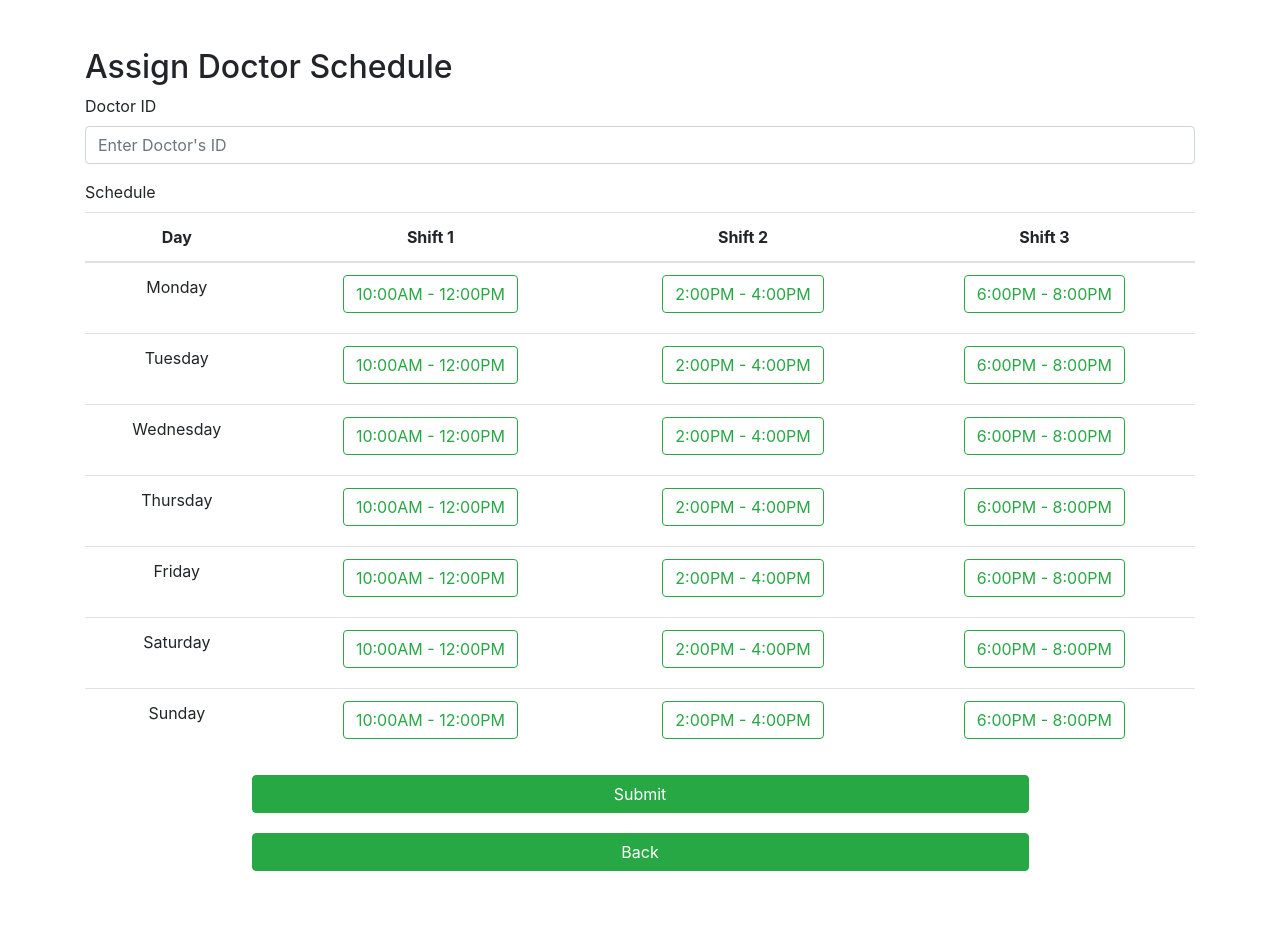
Repository: theonlymono/FitfinityHealthcareWebsiteJ2EE
Page: http://localhost/Fitfinity/DrSchedule.jsp
The author's editor kept a copy of each file at every save. The page is drawn from the files as they stood at one save, then again after the next save.
The browser window is 1280 px wide. The pictures show the whole page.
Some web libraries are served in a nearby version. The page is served by Tomcat 9.

Above is the page before, as saved 2024-02-27 19:30:29.

After the next save:
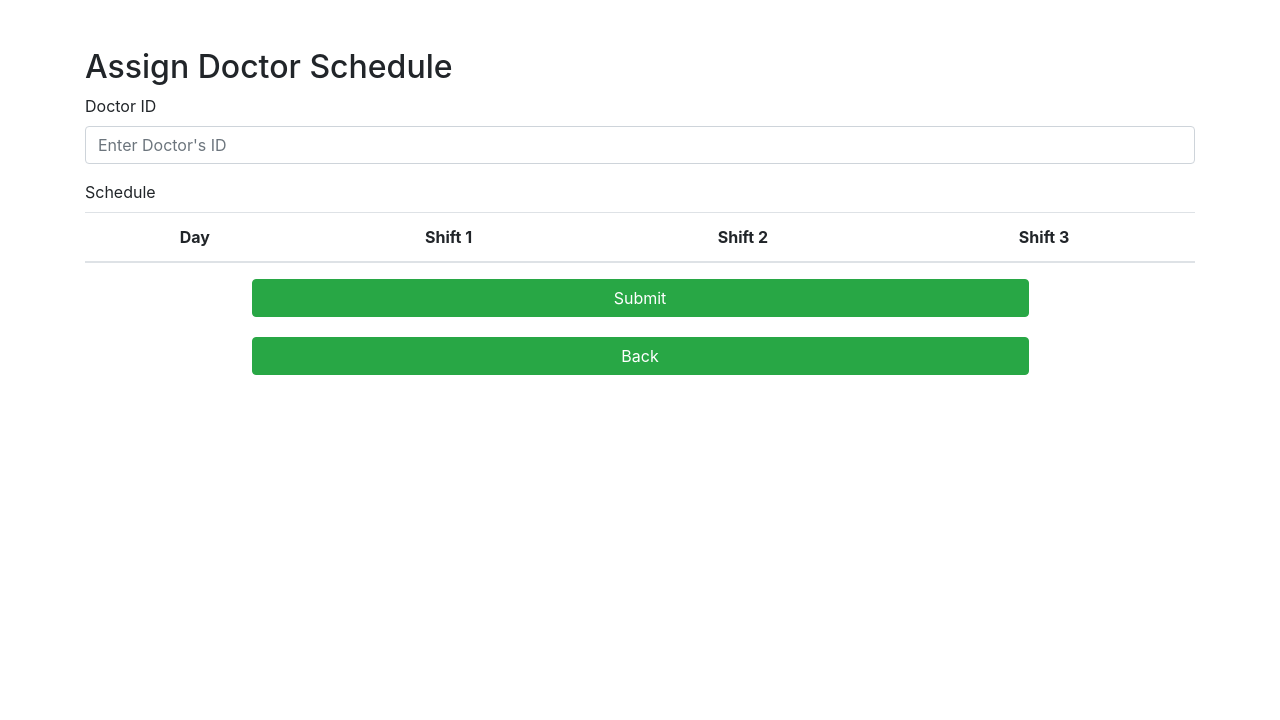
Saved 17 s later.
--- a/fitfinity/Fitfinity/WebContent/DrSchedule.jsp
+++ b/fitfinity/Fitfinity/WebContent/DrSchedule.jsp
@@ -65,117 +65,7 @@
             </tr>
           </thead>
           <tbody>
-            <tr>
-              <td>Monday</td>
-              <td>
-                <input type="checkbox" id="mondayShift1" class="shift-btn" name="shift" value="Monday,10:00AM - 12:00PM">
-                <label for="mondayShift1" class="btn btn-outline-success shift-btn-label">10:00AM - 12:00PM</label>
-              </td>
-              <td>
-                <input type="checkbox" id="mondayShift2" class="shift-btn" name="shift" value="Monday,2:00PM - 4:00PM">
-                <label for="mondayShift2" class="btn btn-outline-success shift-btn-label">2:00PM - 4:00PM</label>
-              </td>
-              <td>
-                <input type="checkbox" id="mondayShift3" class="shift-btn" name="shift" value="Monday,6:00PM - 8:00PM">
-                <label for="mondayShift3" class="btn btn-outline-success shift-btn-label">6:00PM - 8:00PM</label>
-              </td>
-            </tr>
-            <!-- Tuesday -->
-            <tr>
-              <td>Tuesday</td>
-              <td>
-                <input type="checkbox" id="tuesdayShift1" class="shift-btn" name="shift" value="Tuesday,10:00AM - 12:00PM">
-                <label for="tuesdayShift1" class="btn btn-outline-success shift-btn-label">10:00AM - 12:00PM</label>
-              </td>
-              <td>
-                <input type="checkbox" id="tuesdayShift2" class="shift-btn" name="shift" value="Tuesday,2:00PM - 4:00PM">
-                <label for="tuesdayShift2" class="btn btn-outline-success shift-btn-label">2:00PM - 4:00PM</label>
-              </td>
-              <td>
-                <input type="checkbox" id="tuesdayShift3" class="shift-btn" name="shift" value="Tuesday,6:00PM - 8:00PM">
-                <label for="tuesdayShift3" class="btn btn-outline-success shift-btn-label">6:00PM - 8:00PM</label>
-              </td>
-            </tr>
-            <!-- Wednesday -->
-            <tr>
-              <td>Wednesday</td>
-              <td>
-                <input type="checkbox" id="wednesdayShift1" class="shift-btn" name="shift" value="Wednesday,10:00AM - 12:00PM">
-                <label for="wednesdayShift1" class="btn btn-outline-success shift-btn-label">10:00AM - 12:00PM</label>
-              </td>
-              <td>
-                <input type="checkbox" id="wednesdayShift2" class="shift-btn" name="shift" value="Wednesday,2:00PM - 4:00PM">
-                <label for="wednesdayShift2" class="btn btn-outline-success shift-btn-label">2:00PM - 4:00PM</label>
-              </td>
-              <td>
-                <input type="checkbox" id="wednesdayShift3" class="shift-btn" name="shift" value="Wednesday,6:00PM - 8:00PM">
-                <label for="wednesdayShift3" class="btn btn-outline-success shift-btn-label">6:00PM - 8:00PM</label>
-              </td>
-            </tr>
-            <!-- Thursday -->
-            <tr>
-              <td>Thursday</td>
-              <td>
-                <input type="checkbox" id="thursdayShift1" class="shift-btn" name="shift" value="Thursday,10:00AM - 12:00PM">
-                <label for="thursdayShift1" class="btn btn-outline-success shift-btn-label">10:00AM - 12:00PM</label>
-              </td>
-              <td>
-                <input type="checkbox" id="thursdayShift2" class="shift-btn" name="shift" value="Thursday,2:00PM - 4:00PM">
-                <label for="thursdayShift2" class="btn btn-outline-success shift-btn-label">2:00PM - 4:00PM</label>
-              </td>
-              <td>
-                <input type="checkbox" id="thursdayShift3" class="shift-btn" name="shift" value="Thursday,6:00PM - 8:00PM">
-                <label for="thursdayShift3" class="btn btn-outline-success shift-btn-label">6:00PM - 8:00PM</label>
-              </td>
-            </tr>
-            <!-- Friday -->
-            <tr>
-              <td>Friday</td>
-              <td>
-                <input type="checkbox" id="fridayShift1" class="shift-btn" name="shift" value="Friday,10:00AM - 12:00PM">
-                <label for="fridayShift1" class="btn btn-outline-success shift-btn-label">10:00AM - 12:00PM</label>
-              </td>
-              <td>
-                <input type="checkbox" id="fridayShift2" class="shift-btn" name="shift" value="Friday,2:00PM - 4:00PM">
-                <label for="fridayShift2" class="btn btn-outline-success shift-btn-label">2:00PM - 4:00PM</label>
-              </td>
-              <td>
-                <input type="checkbox" id="fridayShift3" class="shift-btn" name="shift" value="Friday,6:00PM - 8:00PM">
-                <label for="fridayShift3" class="btn btn-outline-success shift-btn-label">6:00PM - 8:00PM</label>
-              </td>
-            </tr>
-            <!-- Saturday -->
-            <tr>
-              <td>Saturday</td>
-              <td>
-                <input type="checkbox" id="saturdayShift1" class="shift-btn" name="shift" value="Saturday,10:00AM - 12:00PM">
-                <label for="saturdayShift1" class="btn btn-outline-success shift-btn-label">10:00AM - 12:00PM</label>
-              </td>
-              <td>
-                <input type="checkbox" id="saturdayShift2" class="shift-btn" name="shift" value="Saturday,2:00PM - 4:00PM">
-                <label for="saturdayShift2" class="btn btn-outline-success shift-btn-label">2:00PM - 4:00PM</label>
-              </td>
-              <td>
-                <input type="checkbox" id="saturdayShift3" class="shift-btn" name="shift" value="Saturday,6:00PM - 8:00PM">
-                <label for="saturdayShift3" class="btn btn-outline-success shift-btn-label">6:00PM - 8:00PM</label>
-              </td>
-            </tr>
-            <!-- Sunday -->
-            <tr>
-              <td>Sunday</td>
-              <td>
-                <input type="checkbox" id="sundayShift1" class="shift-btn" name="shift" value="Sunday,10:00AM - 12:00PM">
-                <label for="sundayShift1" class="btn btn-outline-success shift-btn-label">10:00AM - 12:00PM</label>
-              </td>
-              <td>
-                <input type="checkbox" id="sundayShift2" class="shift-btn" name="shift" value="Sunday,2:00PM - 4:00PM">
-                <label for="sundayShift2" class="btn btn-outline-success shift-btn-label">2:00PM - 4:00PM</label>
-              </td>
-              <td>
-                <input type="checkbox" id="sundayShift3" class="shift-btn" name="shift" value="Sunday,6:00PM - 8:00PM">
-                <label for="sundayShift3" class="btn btn-outline-success shift-btn-label">6:00PM - 8:00PM</label>
-              </td>
-            </tr>
+            <!-- Repeat rows dynamically based on your logic -->
           </tbody>
         </table>
       </div>

After the save that followed:
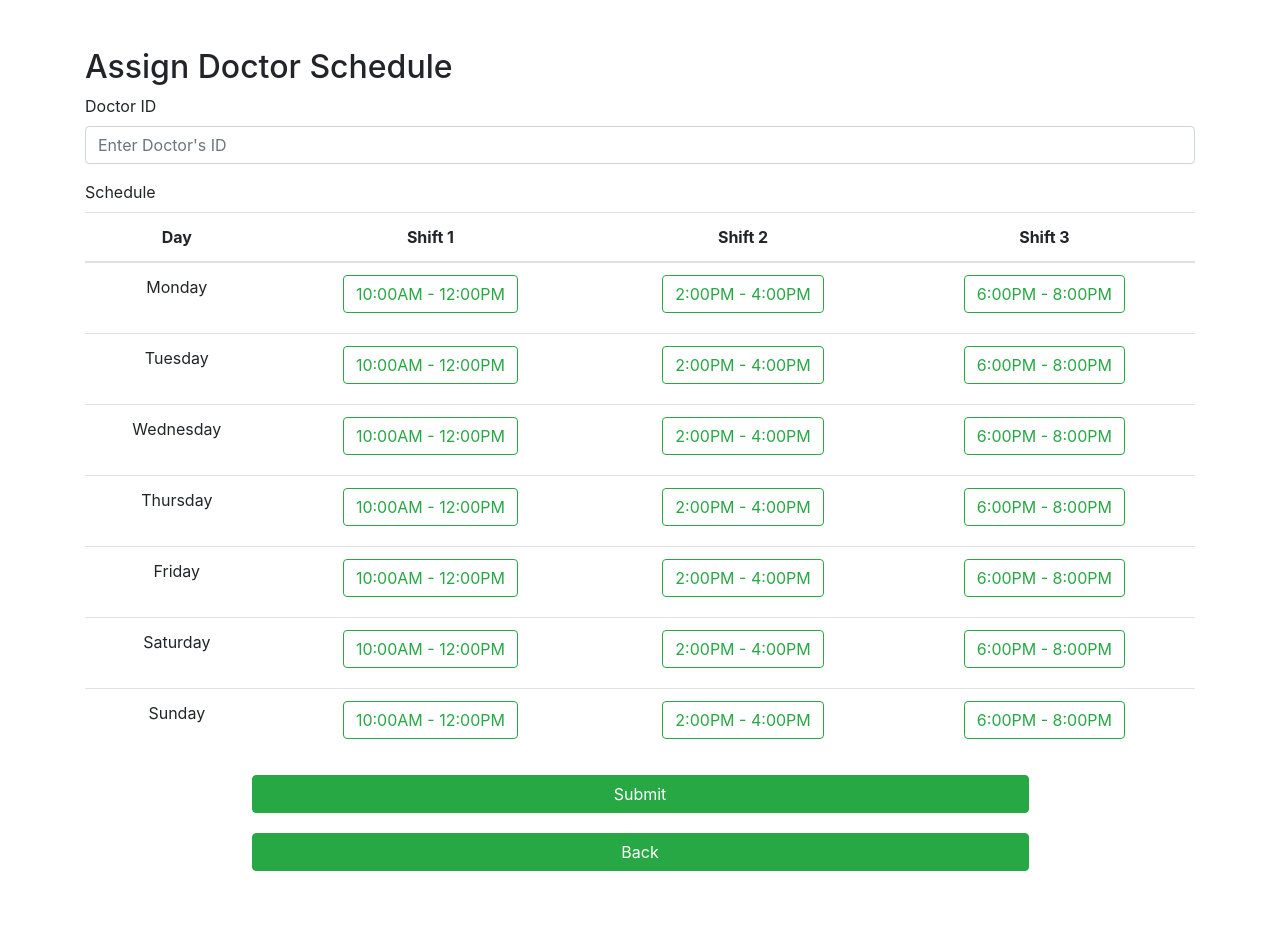
Saved 13 s later.
--- a/fitfinity/Fitfinity/WebContent/DrSchedule.jsp
+++ b/fitfinity/Fitfinity/WebContent/DrSchedule.jsp
@@ -65,7 +65,117 @@
             </tr>
           </thead>
           <tbody>
-            <!-- Repeat rows dynamically based on your logic -->
+            <tr>
+              <td>Monday</td>
+              <td>
+                <input type="checkbox" id="mondayShift1" class="shift-btn" name="shift" value="Monday,10:00AM - 12:00PM">
+                <label for="mondayShift1" class="btn btn-outline-success shift-btn-label">10:00AM - 12:00PM</label>
+              </td>
+              <td>
+                <input type="checkbox" id="mondayShift2" class="shift-btn" name="shift" value="Monday,2:00PM - 4:00PM">
+                <label for="mondayShift2" class="btn btn-outline-success shift-btn-label">2:00PM - 4:00PM</label>
+              </td>
+              <td>
+                <input type="checkbox" id="mondayShift3" class="shift-btn" name="shift" value="Monday,6:00PM - 8:00PM">
+                <label for="mondayShift3" class="btn btn-outline-success shift-btn-label">6:00PM - 8:00PM</label>
+              </td>
+            </tr>
+            <!-- Tuesday -->
+            <tr>
+              <td>Tuesday</td>
+              <td>
+                <input type="checkbox" id="tuesdayShift1" class="shift-btn" name="shift" value="Tuesday,10:00AM - 12:00PM">
+                <label for="tuesdayShift1" class="btn btn-outline-success shift-btn-label">10:00AM - 12:00PM</label>
+              </td>
+              <td>
+                <input type="checkbox" id="tuesdayShift2" class="shift-btn" name="shift" value="Tuesday,2:00PM - 4:00PM">
+                <label for="tuesdayShift2" class="btn btn-outline-success shift-btn-label">2:00PM - 4:00PM</label>
+              </td>
+              <td>
+                <input type="checkbox" id="tuesdayShift3" class="shift-btn" name="shift" value="Tuesday,6:00PM - 8:00PM">
+                <label for="tuesdayShift3" class="btn btn-outline-success shift-btn-label">6:00PM - 8:00PM</label>
+              </td>
+            </tr>
+            <!-- Wednesday -->
+            <tr>
+              <td>Wednesday</td>
+              <td>
+                <input type="checkbox" id="wednesdayShift1" class="shift-btn" name="shift" value="Wednesday,10:00AM - 12:00PM">
+                <label for="wednesdayShift1" class="btn btn-outline-success shift-btn-label">10:00AM - 12:00PM</label>
+              </td>
+              <td>
+                <input type="checkbox" id="wednesdayShift2" class="shift-btn" name="shift" value="Wednesday,2:00PM - 4:00PM">
+                <label for="wednesdayShift2" class="btn btn-outline-success shift-btn-label">2:00PM - 4:00PM</label>
+              </td>
+              <td>
+                <input type="checkbox" id="wednesdayShift3" class="shift-btn" name="shift" value="Wednesday,6:00PM - 8:00PM">
+                <label for="wednesdayShift3" class="btn btn-outline-success shift-btn-label">6:00PM - 8:00PM</label>
+              </td>
+            </tr>
+            <!-- Thursday -->
+            <tr>
+              <td>Thursday</td>
+              <td>
+                <input type="checkbox" id="thursdayShift1" class="shift-btn" name="shift" value="Thursday,10:00AM - 12:00PM">
+                <label for="thursdayShift1" class="btn btn-outline-success shift-btn-label">10:00AM - 12:00PM</label>
+              </td>
+              <td>
+                <input type="checkbox" id="thursdayShift2" class="shift-btn" name="shift" value="Thursday,2:00PM - 4:00PM">
+                <label for="thursdayShift2" class="btn btn-outline-success shift-btn-label">2:00PM - 4:00PM</label>
+              </td>
+              <td>
+                <input type="checkbox" id="thursdayShift3" class="shift-btn" name="shift" value="Thursday,6:00PM - 8:00PM">
+                <label for="thursdayShift3" class="btn btn-outline-success shift-btn-label">6:00PM - 8:00PM</label>
+              </td>
+            </tr>
+            <!-- Friday -->
+            <tr>
+              <td>Friday</td>
+              <td>
+                <input type="checkbox" id="fridayShift1" class="shift-btn" name="shift" value="Friday,10:00AM - 12:00PM">
+                <label for="fridayShift1" class="btn btn-outline-success shift-btn-label">10:00AM - 12:00PM</label>
+              </td>
+              <td>
+                <input type="checkbox" id="fridayShift2" class="shift-btn" name="shift" value="Friday,2:00PM - 4:00PM">
+                <label for="fridayShift2" class="btn btn-outline-success shift-btn-label">2:00PM - 4:00PM</label>
+              </td>
+              <td>
+                <input type="checkbox" id="fridayShift3" class="shift-btn" name="shift" value="Friday,6:00PM - 8:00PM">
+                <label for="fridayShift3" class="btn btn-outline-success shift-btn-label">6:00PM - 8:00PM</label>
+              </td>
+            </tr>
+            <!-- Saturday -->
+            <tr>
+              <td>Saturday</td>
+              <td>
+                <input type="checkbox" id="saturdayShift1" class="shift-btn" name="shift" value="Saturday,10:00AM - 12:00PM">
+                <label for="saturdayShift1" class="btn btn-outline-success shift-btn-label">10:00AM - 12:00PM</label>
+              </td>
+              <td>
+                <input type="checkbox" id="saturdayShift2" class="shift-btn" name="shift" value="Saturday,2:00PM - 4:00PM">
+                <label for="saturdayShift2" class="btn btn-outline-success shift-btn-label">2:00PM - 4:00PM</label>
+              </td>
+              <td>
+                <input type="checkbox" id="saturdayShift3" class="shift-btn" name="shift" value="Saturday,6:00PM - 8:00PM">
+                <label for="saturdayShift3" class="btn btn-outline-success shift-btn-label">6:00PM - 8:00PM</label>
+              </td>
+            </tr>
+            <!-- Sunday -->
+            <tr>
+              <td>Sunday</td>
+              <td>
+                <input type="checkbox" id="sundayShift1" class="shift-btn" name="shift" value="Sunday,10:00AM - 12:00PM">
+                <label for="sundayShift1" class="btn btn-outline-success shift-btn-label">10:00AM - 12:00PM</label>
+              </td>
+              <td>
+                <input type="checkbox" id="sundayShift2" class="shift-btn" name="shift" value="Sunday,2:00PM - 4:00PM">
+                <label for="sundayShift2" class="btn btn-outline-success shift-btn-label">2:00PM - 4:00PM</label>
+              </td>
+              <td>
+                <input type="checkbox" id="sundayShift3" class="shift-btn" name="shift" value="Sunday,6:00PM - 8:00PM">
+                <label for="sundayShift3" class="btn btn-outline-success shift-btn-label">6:00PM - 8:00PM</label>
+              </td>
+            </tr>
           </tbody>
         </table>
       </div>
